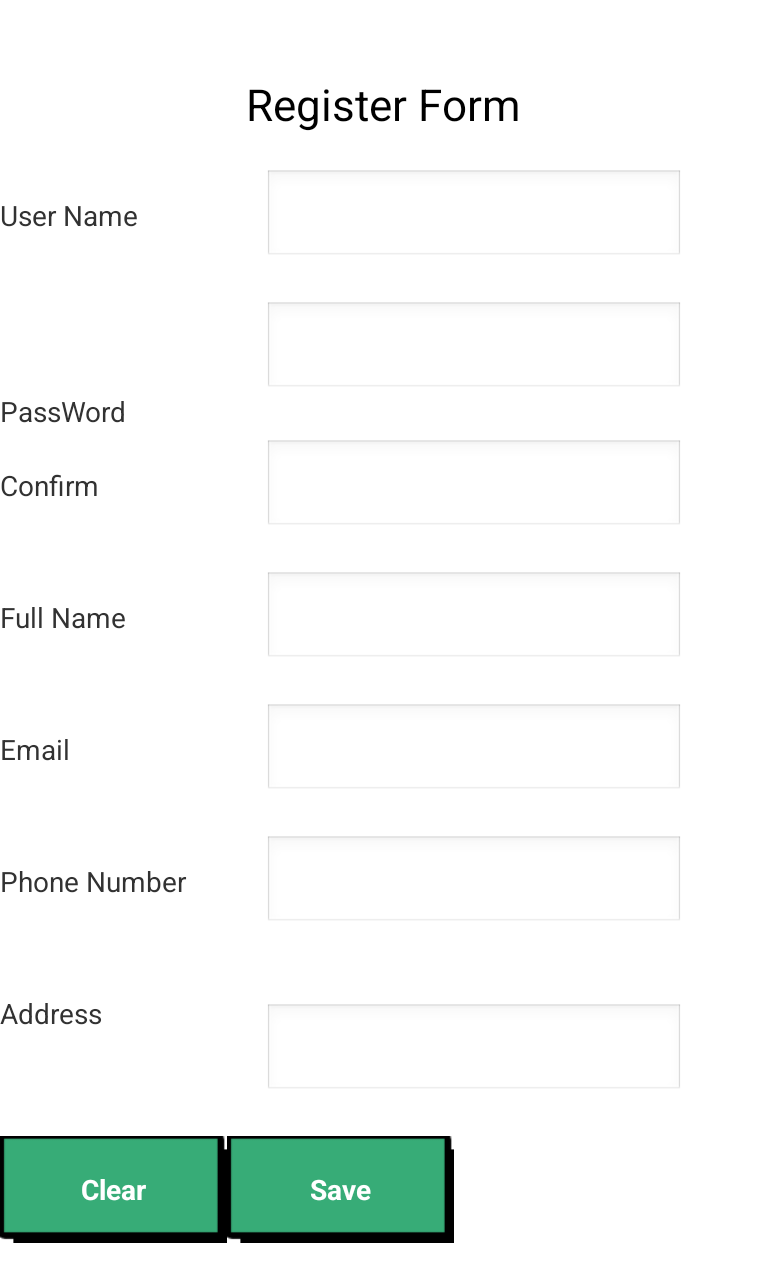
Repository: VanThi/Smart_Order
Layout: Project OS/Project_SO/res/layout/activity_register.xml
The author's editor kept a copy of each file at every save. The layout is drawn from the files as they stood at one save, then again after the next save.
It is drawn on a 768 x 1280 px phone screen (xhdpi) without system bars, with theme android:Theme.Light.NoTitleBar.Fullscreen; the app's code is not run.

Above is the layout before, as saved 2013-11-09 11:43:07.

After the next save:
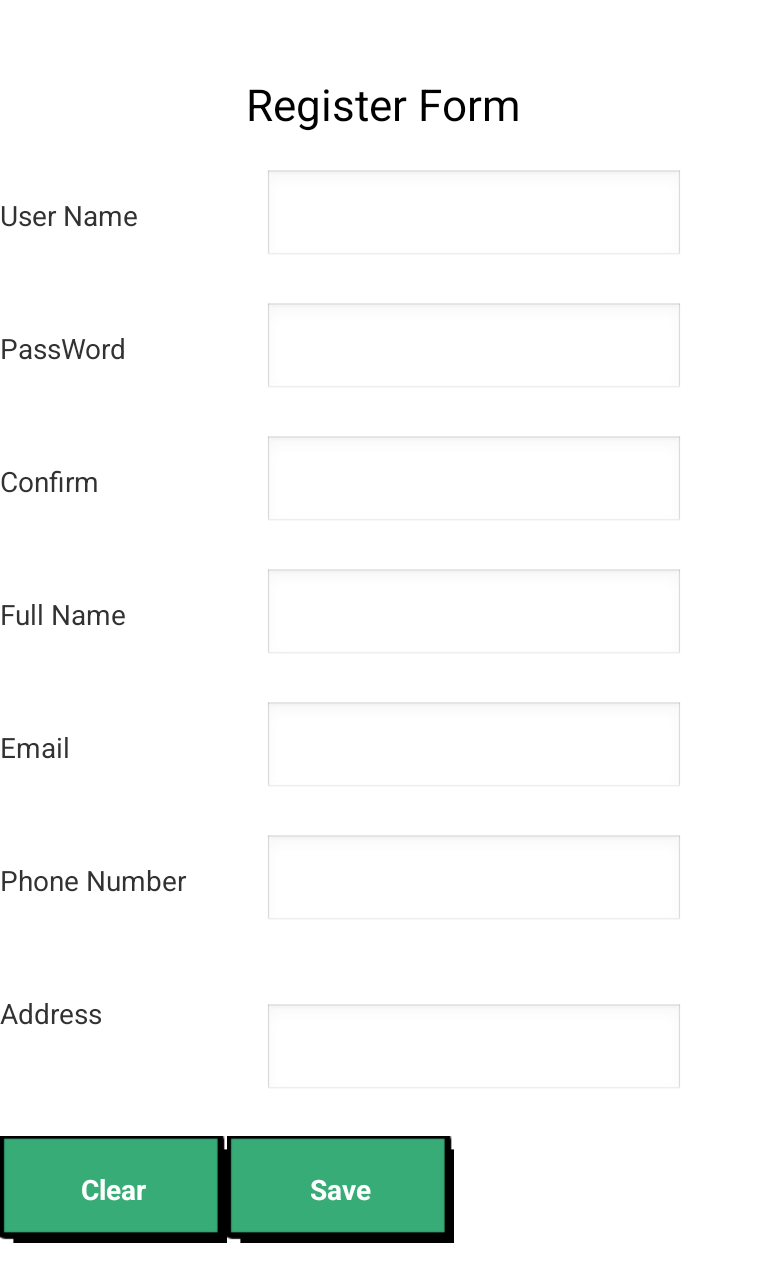
Saved 16 s later.
--- a/Project OS/Project_SO/res/layout/activity_register.xml
+++ b/Project OS/Project_SO/res/layout/activity_register.xml
@@ -49,7 +49,6 @@
             android:id="@+id/tv_pass"
             android:layout_width="wrap_content"
             android:layout_height="wrap_content"
-            android:layout_marginTop="32dp"
             android:ems="8"
             android:text="@string/password" />
 
